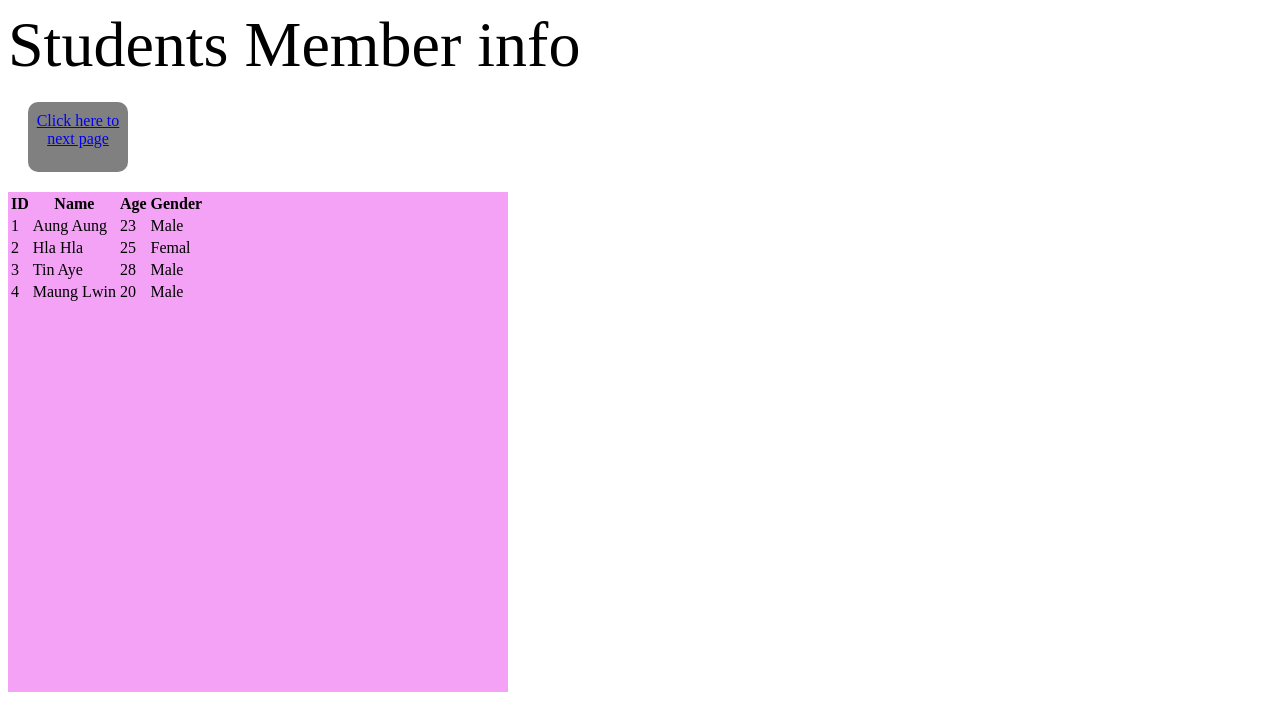
Repository: ThantLwinSoe/Servlet
Page: 01-Communication/src/main/webapp/index.html
An editor plug-in stored every save of this project. The page is shown before and after the next save, followed by the edit.
The browser window is 1280 px wide. The pictures show the whole page.

Above is the page before, as saved 2023-02-07 02:54:52.

### 01-Communication/src/main/webapp/index.html
<!DOCTYPE html>
<html>
<head>
<meta charset="UTF-8">
<style>
h {
	font-size: 4em;
}
.d_link {

	margin: 20px;
	padding-top: 10px;
	width: 100px;
	height: 60px;
	border-radius: 10px;
	background: gray;
	text-align: center;
}
.st_info {
	margin-top: 20px;
	width: 500px;
	height: 500px;
	background: #F4A2F6;
}
table_one {
	padding-top: 20px;
	padding-left: 40px;
	border: 5px solid #663656;
}
</style>
<title>Servlet Communication</title>
</head>
<body>
	<h>Students Member info</h>
	<div class="d_link">
		<a href="hello">Click here to next page</a>
	</div>
	<div class="st_info">
		<table class="table_one">
			<thead>
				<tr>
					<th>ID</th>
					<th>Name</th>
					<th>Age</th>
					<th>Gender</th>
				</tr>
			</thead>
			<tbody>
				<tr>
					<td>1</td>
					<td>Aung Aung</td>
					<td>23</td>
					<td>Male</td>
				</tr>
				<tr>
					<td>2</td>
					<td>Hla Hla</td>
					<td>25</td>
					<td>Femal</td>
				</tr>
				<tr>
					<td>3</td>
					<td>Tin Aye</td>
					<td>28</td>
					<td>Male</td>
				</tr>
				<tr>
					<td>4</td>
					<td>Maung Lwin</td>
					<td>20</td>
					<td>Male</td>
				</tr>
			</tbody>
		</table>
	</div>
</body>
</html>

After the next save:
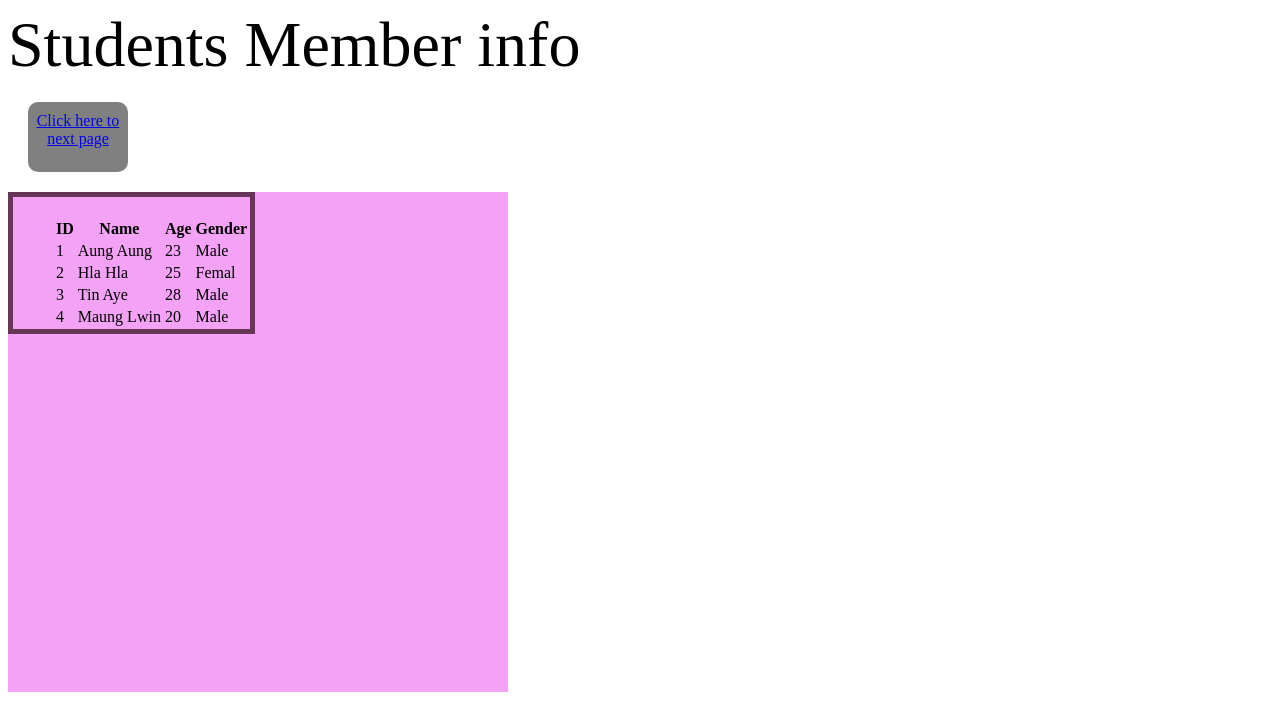
Saved 5 s later.
--- a/01-Communication/src/main/webapp/index.html
+++ b/01-Communication/src/main/webapp/index.html
@@ -22,7 +22,7 @@ h {
 	height: 500px;
 	background: #F4A2F6;
 }
-table_one {
+.table_one {
 	padding-top: 20px;
 	padding-left: 40px;
 	border: 5px solid #663656;
